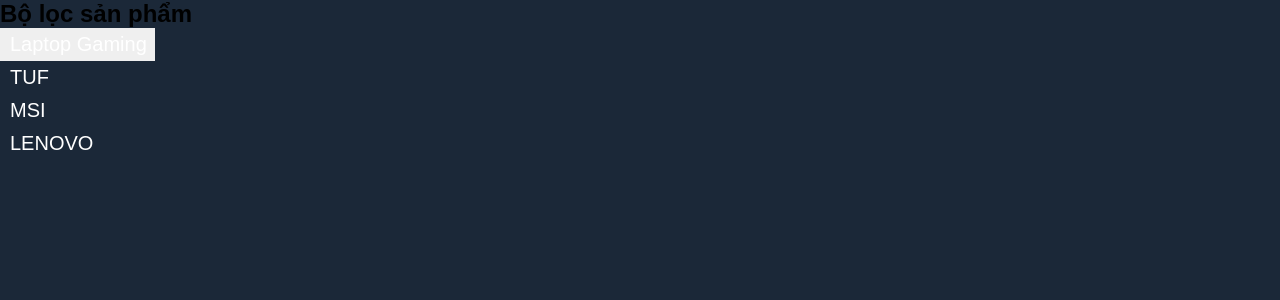
Repository: HPNChanel/DACS
Page: product.html
The author's editor kept a copy of each file at every save. The page is drawn from the files as they stood at one save, then again after the next save.
The browser window is 1280 px wide. The pictures show the whole page.

Above is the page before, as saved 2023-04-11 17:28:03.

### product.html
<!DOCTYPE html>
<html lang="en">
    <head>
        <meta charset="UTF-8" />
        <meta http-equiv="X-UA-Compatible" content="IE=edge" />
        <meta name="viewport" content="width=device-width, initial-scale=1.0" />
        <title>PRODUCT</title>
        <link rel="stylesheet" href="./style/product.css" />
    </head>
    <body>
        <div class="sidebar">
            <h2>Bộ lọc sản phẩm</h2>
            <div class="sidebar-content">
                <button class="dropdown-btn">
                    Laptop Gaming
                    <i class="fa fa-caret-down"></i>
                </button>
                <div class="dropdown-container">
                    <a href="">TUF</a>
                    <a href="">MSI</a>
                    <a href="">LENOVO</a>
                </div>
            </div>
        </div>

        <script src="./product.js"></script>
    </body>
</html>

### style/product.css
* {
    margin: 0;
    padding: 0;
    box-sizing: border-box;
    list-style: none;
    text-decoration: none;
}
html {
    font-size: 62.5%;
}
body {
    font-family: "Poppins", sans-serif;
    font-size: 1.6rem;
    margin: 0 auto;
    width: 1280px;
    margin: 0 atuo;
    background-color: #1b2838;
}
.sidebar a,
.dropdown-btn {
    display: block;
    font-size: 20px;
    color: white;
    background-color: none;
    border: none;
    cursor: pointer;
    outline: none;
    padding: 5px 8px 5px 10px;
}

### product.js
/*===== EXPANDER MENU  =====*/
const showMenu = (toggleId, navbarId, bodyId) => {
    const toggle = document.getElementById(toggleId),
        navbar = document.getElementById(navbarId),
        bodypadding = document.getElementById(bodyId);

    if (toggle && navbar) {
        toggle.addEventListener("click", () => {
            navbar.classList.toggle("expander");

            bodypadding.classList.toggle("body-pd");
        });
    }
};
showMenu("nav-toggle", "navbar", "body-pd");

/*===== LINK ACTIVE  =====*/
const linkColor = document.querySelectorAll(".nav__link");
function colorLink() {
    linkColor.forEach((l) => l.classList.remove("active"));
    this.classList.add("active");
}
linkColor.forEach((l) => l.addEventListener("click", colorLink));

/*===== COLLAPSE MENU  =====*/
const linkCollapse = document.getElementsByClassName("collapse__link");
var i;

for (i = 0; i < linkCollapse.length; i++) {
    linkCollapse[i].addEventListener("click", function () {
        const collapseMenu = this.nextElementSibling;
        collapseMenu.classList.toggle("showCollapse");

        const rotate = collapseMenu.previousElementSibling;
        rotate.classList.toggle("rotate");
    });
}

After the next save:
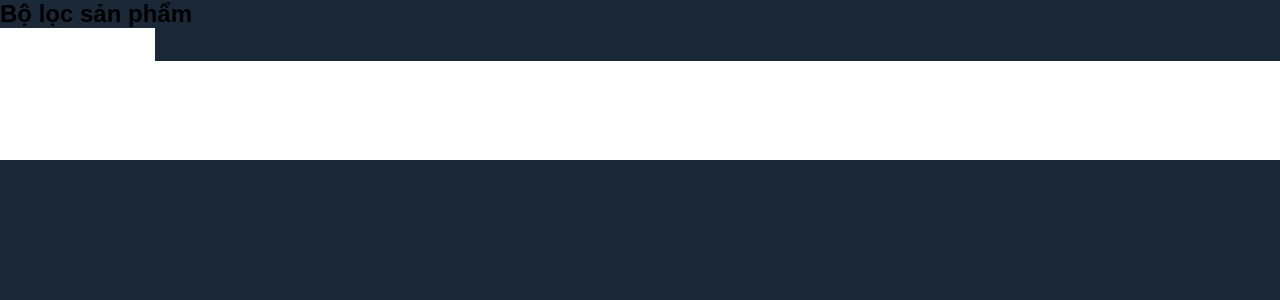
Saved 28 s later.
--- a/style/product.css
+++ b/style/product.css
@@ -21,7 +21,7 @@
     display: block;
     font-size: 20px;
     color: white;
-    background-color: none;
+    background-color: white;
     border: none;
     cursor: pointer;
     outline: none;

After the save that followed:
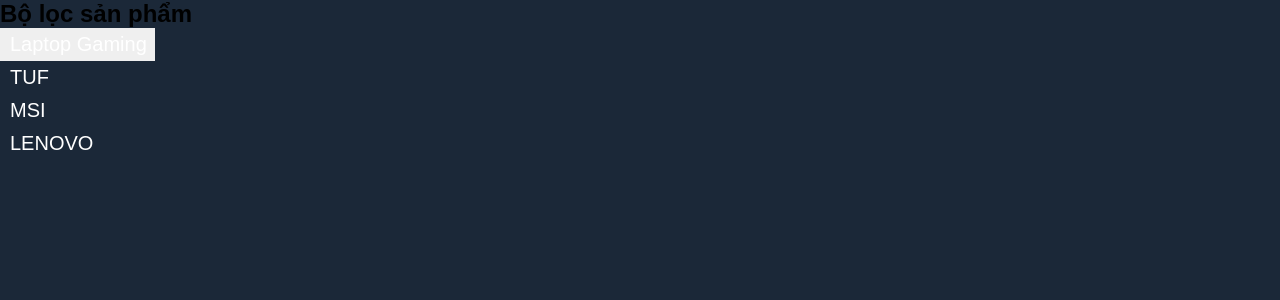
Saved 13 s later.
--- a/style/product.css
+++ b/style/product.css
@@ -21,7 +21,7 @@
     display: block;
     font-size: 20px;
     color: white;
-    background-color: white;
+    background-color: none;
     border: none;
     cursor: pointer;
     outline: none;
